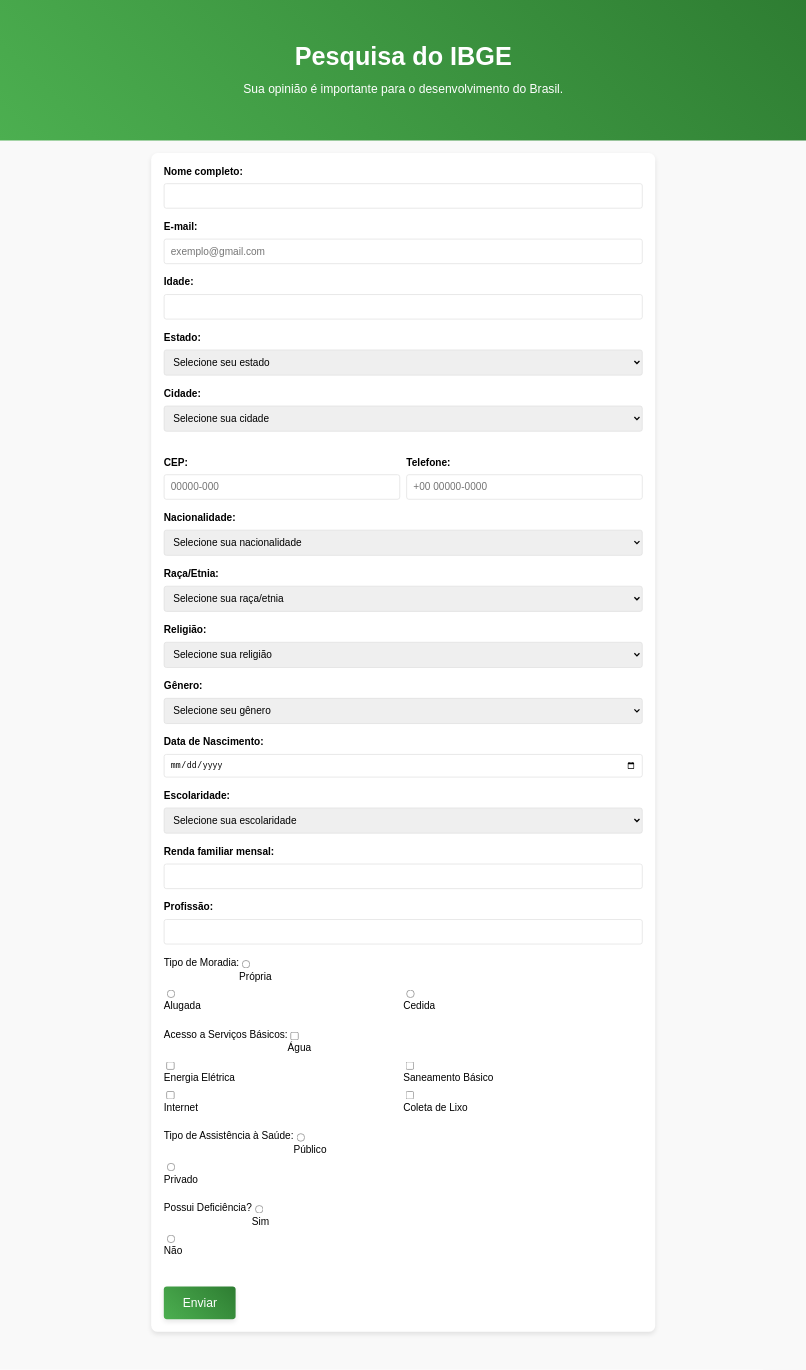
Repository: Gabrielb0rn/Projeto-Formul-rio.io
Page: index.html
These files come from the project's save history. The page is drawn as it stood at one moment and after the next save; the edit follows.
The browser window is 1280 px wide. The pictures show the whole page, at 63% of full size.

Above is the page before, as saved 2024-07-01 08:50:41.

### index.html
<!DOCTYPE html>
<html lang="pt-BR">
<head>
    <meta charset="UTF-8">
    <meta name="viewport" content="width=device-width, initial-scale=1.0">
    <title>Pesquisa do IBGE</title>
    <link rel="stylesheet" href="assets/style.css">
</head>
<body>
    <header>
        <div class="container">
            <h1>Pesquisa do IBGE</h1>
            <p>Sua opinião é importante para o desenvolvimento do Brasil.</p>
        </div>
    </header>
    <main>
        <div class="container">
            <form id="form">
                <div class="form-group">
                    <label for="nome">Nome completo:</label>
                    <input type="text" id="nome" name="nome" required>
                </div>
                <div class="form-group">
                    <label for="email">E-mail:</label>
                    <input type="email" id="email" name="email" required placeholder="exemplo@gmail.com">
                </div>
                <div class="form-group">
                    <label for="idade">Idade:</label>
                    <input type="number" id="idade" name="idade" required>
                </div>
                <div class="form-group">
                    <label for="estado">Estado:</label>
                    <select id="estado" name="estado" required>
                        <option value="">Selecione seu estado</option>
                        <option value="AC">Acre</option>
                        <option value="AL">Alagoas</option>
                        <option value="AP">Amapá</option>
                        <option value="AM">Amazonas</option>
                        <option value="BA">Bahia</option>
                        <option value="CE">Ceará</option>
                        <option value="DF">Distrito Federal</option>
                        <option value="ES">Espírito Santo</option>
                        <option value="GO">Goiás</option>
                        <option value="MA">Maranhão</option>
                        <option value="MG">Minas Gerais</option>
                        <option value="MS">Mato Grosso do Sul</option>
                        <option value="MT">Mato Grosso</option>
                        <option value="PA">Pará</option>
                        <option value="PB">Paraíba</option>
                        <option value="PE">Pernambuco</option>
                        <option value="PI">Piauí</option>
                        <option value="PR">Paraná</option>
                        <option value="RJ">Rio de Janeiro</option>
                        <option value="RN">Rio Grande do Norte</option>
                        <option value="RO">Rondônia</option>
                        <option value="RR">Roraima</option>
                        <option value="RS">Rio Grande do Sul</option>
                        <option value="SC">Santa Catarina</option>
                        <option value="SE">Sergipe</option>
                        <option value="SP">São Paulo</option>
                        <option value="TO">Tocantins</option>
                    </select>
                </div>
                <div class="form-group inline-group">
                    <div class="form-group">
                        <label for="cidade">Cidade:</label>
                        <select id="cidade" name="cidade" required>
                            <option value="">Selecione sua cidade</option>
                        </select>
                    </div>
                </div>
                <div class="form-group inline-group">
                    <div>
                        <label for="cep">CEP:</label>
                        <input type="text" id="cep" name="cep" required placeholder="00000-000">
                    </div>
                    <div>
                        <label for="telefone">Telefone:</label>
                        <input type="tel" id="telefone" name="telefone" required placeholder="+00 00000-0000">
                    </div>
                </div>
                <div class="form-group">
                    <label for="nacionalidade">Nacionalidade:</label>
                    <select id="nacionalidade" name="nacionalidade" required>
                        <option value="">Selecione sua nacionalidade</option>
                        <option value="Brasileiro">Brasileiro</option>
                        <option value="Estrangeiro">Estrangeiro</option>
                    </select>
                </div>
                <div class="form-group">
                    <label for="raca">Raça/Etnia:</label>
                    <select id="raca" name="raca" required>
                        <option value="">Selecione sua raça/etnia</option>
                        <option value="Branca"></option>
                        <option value="Preta"></option>
                        <option value="Parda"></option>
                        <option value="Amarela"></option>
                        <option value="Indígena"></option>
                        <option value="Alien"></option>
                    </select>
                </div>
                <div class="form-group">
                    <label for="religiao">Religião:</label>
                    <select id="religiao" name="religiao" required>
                        <option value="">Selecione sua religião</option>
                        <option value="Católica"></option>
                        <option value="Evangélica"></option>
                        <option value="Espírita"></option>
                        <option value="Outras"></option>
                    </select>
                </div>
                <div class="form-group">
                    <label for="genero">Gênero:</label>
                    <select id="genero" name="genero" required>
                        <option value="">Selecione seu gênero</option>
                        <option value="Masculino">Masculino</option>
                        <option value="Feminino">Feminino</option>
                        <option value="Outro">Outro</option>
                    </select>
                </div>
                <div class="form-group">
                    <label for="data_nascimento">Data de Nascimento:</label>
                    <input type="date" id="data_nascimento" name="data_nascimento" required>
                </div>
                <div class="form-group">
                    <label for="escolaridade">Escolaridade:</label>
                    <select id="escolaridade" name="escolaridade" required>
                        <option value="">Selecione sua escolaridade</option>
                        <option value="Ensino Fundamental Incompleto">Ensino Fundamental Incompleto</option>
                        <option value="Ensino Fundamental Completo">Ensino Fundamental Completo</option>
                        <option value="Ensino Médio Incompleto">Ensino Médio Incompleto</option>
                        <option value="Ensino Médio Completo">Ensino Médio Completo</option>
                        <option value="Superior Incompleto">Superior Incompleto</option>
                        <option value="Superior Completo">Superior Completo</option>
                        <option value="Pós-Graduação">Pós-Graduação</option>
                    </select>
                </div>
                <div class="form-group">
                    <label for="renda">Renda familiar mensal:</label>
                    <input type="number" id="renda" name="renda" required>
                </div>
                <div class="form-group">
                    <label for="profissao">Profissão:</label>
                    <input type="text" id="profissao" name="profissao">
                </div>
                <div class="form-group radio-group">
                    <label>Tipo de Moradia:</label>
                    <div>
                        <input type="radio" id="propria" name="moradia" value="propria">
                        <label for="propria">Própria</label>
                    </div>
                    <div>
                        <input type="radio" id="alugada" name="moradia" value="alugada">
                        <label for="alugada">Alugada</label>
                    </div>
                    <div>
                        <input type="radio" id="cedida" name="moradia" value="cedida">
                        <label for="cedida">Cedida</label>
                    </div>
                </div>
                <div class="form-group checkbox-group">
                    <label>Acesso a Serviços Básicos:</label>
                    <div>
                        <input type="checkbox" id="agua" name="servicos" value="agua">
                        <label for="agua">Água</label>
                    </div>
                    <div>
                        <input type="checkbox" id="energia" name="servicos" value="energia">
                        <label for="energia">Energia Elétrica</label>
                    </div>
                    <div>
                        <input type="checkbox" id="saneamento" name="servicos" value="saneamento">
                        <label for="saneamento">Saneamento Básico</label>
                    </div>
                    <div>
                        <input type="checkbox" id="internet" name="servicos" value="internet">
                        <label for="internet">Internet</label>
                    </div>
                    <div>
                        <input type="checkbox" id="coleta" name="servicos" value="coleta">
                        <label for="coleta">Coleta de Lixo</label>
                    </div>
                </div>
                <div class="form-group radio-group">
                    <label>Tipo de Assistência à Saúde:</label>
                    <div>
                        <input type="radio" id="publico" name="saude" value="publico">
                        <label for="publico">Público</label>
                    </div>
                    <div>
                        <input type="radio" id="privado" name="saude" value="privado">
                        <label for="privado">Privado</label>
                    </div>
                </div>
                <div class="form-group radio-group">
                    <label>Possui Deficiência?</label>
                    <div>
                        <input type="radio" id="sim" name="deficiencia" value="sim">
                        <label for="sim">Sim</label>
                    </div>
                    <div>
                        <input type="radio" id="nao" name="deficiencia" value="nao">
                        <label for="nao">Não</label>
                    </div>
                </div>
                <button type="submit" class="btn">Enviar</button>
            </form>
        </div>
    </main>
    <script src="assets\scripts.js"></script>
</body>
</html>

### assets/style.css
/* Estilos Globais */
body {
    font-family: 'Arial', sans-serif;
    margin: 0;
    padding: 0;
    background-color: #f9f9f9;
}

header {
    background: linear-gradient(45deg, #4CAF50, #2E7D32);
    color: white;
    padding: 20px 0;
    text-align: center;
}

.container {
    width: 90%;
    max-width: 800px;
    margin: 0 auto;
    padding: 20px;
}

/* Estilos de Texto */
h1 {
    font-size: 2.5em;
    margin-bottom: 10px;
}

p {
    font-size: 1.2em;
    margin-bottom: 30px;
}

/* Estilos do Formulário */
form {
    background-color: white;
    padding: 20px;
    border-radius: 10px;
    box-shadow: 0 4px 8px rgba(0, 0, 0, 0.1);
    margin-bottom: 40px;
}

.form-group {
    margin-bottom: 20px;
}

label {
    display: block;
    margin-bottom: 5px;
    font-weight: bold;
}

input, select {
    width: 100%;
    padding: 10px;
    border: 1px solid #ddd;
    border-radius: 4px;
    box-sizing: border-box;
    font-size: 1em;
    margin-top: 5px;
}

input[type="radio"], input[type="checkbox"] {
    width: auto;
    margin-right: 10px;
}

input[type="date"] {
    padding: 9px;
}

button {
    background: linear-gradient(45deg, #4CAF50, #2E7D32);
    color: white;
    border: none;
    padding: 15px 30px;
    text-align: center;
    cursor: pointer;
    border-radius: 5px;
    font-size: 1.2em;
    margin-top: 20px;
    transition: background 0.3s ease, transform 0.2s ease;
    box-shadow: 0 4px 8px rgba(0, 0, 0, 0.1);
}

button:hover {
    background: linear-gradient(45deg, #45a049, #388E3C);
    transform: translateY(-2px);
}

/* Estilos Responsivos */
@media (max-width: 600px) {
    h1 {
        font-size: 2em;
    }

    p {
        font-size: 1em;
    }

    form {
        padding: 15px;
    }

    button {
        width: 100%;
        padding: 15px;
    }
}

/* Estilos de Grupo de Inputs */
.form-group.inline-group {
    display: flex;
    flex-wrap: wrap;
    justify-content: space-between;
}

.form-group.inline-group > div {
    flex: 1;
    min-width: 45%;
}

.form-group.inline-group > div:not(:last-child) {
    margin-right: 10px;
}

/* Estilos de Serviços Básicos e Tipo de Moradia */
.form-group.checkbox-group, .form-group.radio-group {
    display: flex;
    flex-wrap: wrap;
}

.form-group.checkbox-group > div, .form-group.radio-group > div {
    flex: 2;
    min-width: 45%;
    margin-bottom: 2px;
}

.form-group.checkbox-group label, .form-group.radio-group label {
    font-weight: normal;
}

### assets/scripts.js
document.addEventListener('DOMContentLoaded', function() {
    const estadoSelect = document.getElementById('estado');
    const cidadeSelect = document.getElementById('cidade');

    const cidadesPorEstado = {
        "AC": ["Rio Branco", "Cruzeiro do Sul", "Sena Madureira"],
        "AL": ["Maceió", "Arapiraca", "Palmeira dos Índios"],
        "AP": ["Macapá", "Santana", "Laranjal do Jari"],
        "AM": ["Manaus", "Parintins", "Itacoatiara"],
        "BA": ["Salvador", "Feira de Santana", "Vitória da Conquista"],
        "CE": ["Fortaleza", "Caucaia", "Juazeiro do Norte"],
        "DF": ["Brasília"],
        "ES": ["Vitória", "Vila Velha", "Serra"],
        "GO": ["Goiânia", "Aparecida de Goiânia", "Anápolis"],
        "MA": ["São Luís", "Imperatriz", "Timon"],
        "MG": ["Belo Horizonte", "Uberlândia", "Contagem"],
        "MS": ["Campo Grande", "Dourados", "Três Lagoas"],
        "MT": ["Cuiabá", "Várzea Grande", "Rondonópolis"],
        "PA": ["Belém", "Ananindeua", "Santarém"],
        "PB": ["João Pessoa", "Campina Grande", "Santa Rita"],
        "PE": ["Recife", "Jaboatão dos Guararapes", "Olinda"],
        "PI": ["Teresina", "Parnaíba", "Picos"],
        "PR": ["Curitiba", "Londrina", "Maringá"],
        "RJ": ["Rio de Janeiro", "Niterói", "Duque de Caxias"],
        "RN": ["Natal", "Mossoró", "Parnamirim"],
        "RO": ["Porto Velho", "Ji-Paraná", "Ariquemes"],
        "RR": ["Boa Vista", "Rorainópolis", "Caracaraí"],
        "RS": ["Porto Alegre", "Caxias do Sul", "Pelotas"],
        "SC": ["Florianópolis", "Joinville", "Blumenau"],
        "SE": ["Aracaju", "Nossa Senhora do Socorro", "Lagarto"],
        "SP": ["São Paulo", "Campinas", "São Bernardo do Campo"],
        "TO": ["Palmas", "Araguaína", "Gurupi"]
    };

    estadoSelect.addEventListener('change', function() {
        const estadoSelecionado = estadoSelect.value;
        cidadeSelect.innerHTML = '<option value="">Selecione sua cidade</option>'; //Script para limpar as outras opc

        if (estadoSelecionado) {
            const cidades = cidadesPorEstado[estadoSelecionado];
            cidades.forEach(function(cidade) {
                const option = document.createElement('option');
                option.value = cidade;
                option.textContent = cidade;
                cidadeSelect.appendChild(option);
            });
        }
    });
});

After the next save:
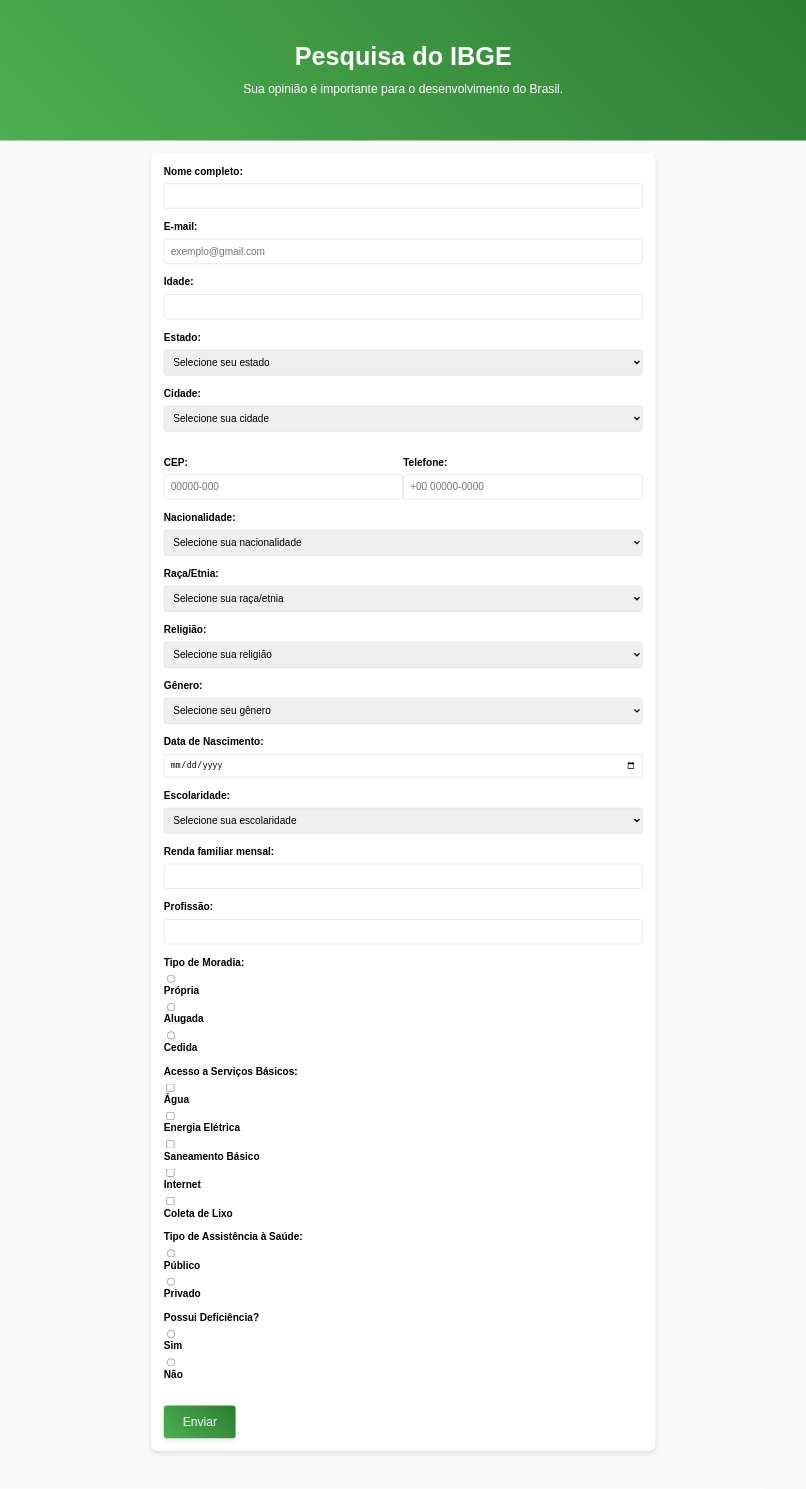
Saved 17 s later.
--- a/assets/style.css
+++ b/assets/style.css
@@ -119,23 +119,3 @@
     flex: 1;
     min-width: 45%;
 }
-
-.form-group.inline-group > div:not(:last-child) {
-    margin-right: 10px;
-}
-
-/* Estilos de Serviços Básicos e Tipo de Moradia */
-.form-group.checkbox-group, .form-group.radio-group {
-    display: flex;
-    flex-wrap: wrap;
-}
-
-.form-group.checkbox-group > div, .form-group.radio-group > div {
-    flex: 2;
-    min-width: 45%;
-    margin-bottom: 2px;
-}
-
-.form-group.checkbox-group label, .form-group.radio-group label {
-    font-weight: normal;
-}
